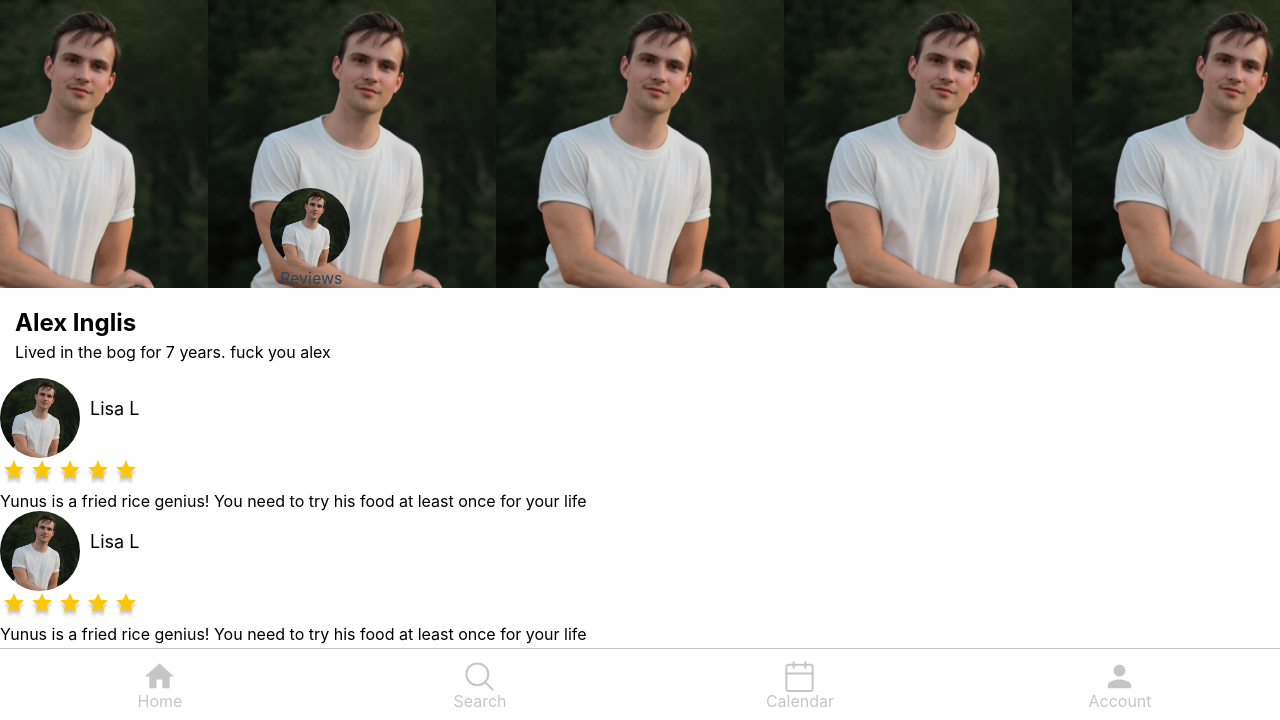
Repository: nguyenlejoe/HomeChef
Page: / (app in app/)
An editor plug-in stored every save of this project. The page is shown before and after the next save, followed by the edit.
The browser window is 1280 px wide. The pictures show the whole page.
The project was rebuilt for these pictures with package versions that can differ from the ones it lists, and the page was loaded fresh each time. Also part of the build but not shown: app/src/comps/MainButton/index.js.

Above is the page before, as saved 2020-11-07 14:36:08.

### app/src/App.js
import React from 'react';
//import logo from './logo.svg';
//import './App.css';
import Pages from './pages/ChefReview';

function App() {
  return (
    <Pages />
  );
}

export default App;

### app/src/pages/ChefReview.js
import React from 'react';
import './ChefReview.scss'
import NavBarGourmet from '../comps/NavBarGourmet';
import AvatarContainer from '../comps/Avatar';


export default function Home() {
  return<div className="app">
        <div className="CoverImage"></div>
        <div className="ChefDesc">
            <h2>Alex Inglis</h2>
            <p>Lived in the bog for 7 years. fuck you alex</p>
        </div>
        <div className="AvatarBox">
                <AvatarContainer></AvatarContainer>
                <a>Reviews</a>
        </div>
        <div className="ReviewList">
            <div className="ReviewCont">
                <div className="ReviewProfile"><AvatarContainer width='150px' height='150px'></AvatarContainer><a>Lisa L</a></div>
                <div className="rating">
                    <div className="stars"><img src='/star.png' /></div>
                    <div className="stars"><img src='/star.png' /></div>
                    <div className="stars"><img src='/star.png' /></div>
                    <div className="stars"><img src='/star.png' /></div>
                    <div className="stars"><img src='/star.png' /></div>
                </div>
                <div>Yunus is a fried rice genius! You need to try his food at least once for your life</div>
            </div>
            <div className="ReviewCont">
                <div className="ReviewProfile"><AvatarContainer width='150px' height='150px'></AvatarContainer><a>Lisa L</a></div>
                <div className="rating">
                    <div className="stars"><img src='/star.png' /></div>
                    <div className="stars"><img src='/star.png' /></div>
                    <div className="stars"><img src='/star.png' /></div>
                    <div className="stars"><img src='/star.png' /></div>
                    <div className="stars"><img src='/star.png' /></div>
                </div>
                <div>Yunus is a fried rice genius! You need to try his food at least once for your life</div>
            </div>

        </div>

        <div className="Nav">
          <NavBarGourmet
          bgimg = "/Search.png"
          title = "Search"
          btnState = {true}
          orderActive = {true}
          ></NavBarGourmet>
        </div>


    </div>

}

### app/src/pages/ChefReview.scss
.app{
    width: 100vw;
    height:100vh;
    overflow-x: hidden;
}

.CoverImage{
    height: 40%;
    background-image: url("/alex.jpg");
    background-position: center;
    background-size: contain;
}

.ChefDesc{

    width: 65%;
    margin: 15px;
    p{
        margin-top: -15px;
    }
}

.AvatarBox{
    height:0px;
    position: relative;
    z-index: 1;
    top: -190px;
    left: 270px;
    a{
        margin-left:10px;
        color: #2B445E;
    }
}


.ReviewProfile{
    display: flex;

    a{
        margin: 20px 0 0 10px;
        font-size: 18px;
    }
}

.ProfileAvatar{

}


.rating{
    display: flex;
}



.Nav{
    height: 10%;
    width: 100%;
    position: fixed;
    bottom: 0;
}

### app/src/comps/NavBarGourmet/index.js
import React, {useState} from 'react';
import styled, {css} from 'styled-components';
import Button from '../MainButton';

const NavContainer = styled.div`
display:flex;
height:100%;
width:100%;
background-color:#FFFFFF;
`;

const NavBox = styled.div`
justify-content:space-around;
display:flex;
align-items:center;
position:relative;
width:100%;
height:100%;
border-top: 1px solid #C6C6C6;


`;

const NavButton = styled.div`
    display:flex;
    align-items:center;
    flex-direction:column;
    margin:2px;
    width:15%;
    height:80%;
    text-align:center;

`;

const NavIcon = styled.div`
    margin-top:3px;
    margin-right:2px;
    width:55%;
    height:55%;
    background-size:contain;
    background-repeat: no-repeat;


`;

const NavLabel = styled.div`
    height:20px;
    width:100%;
    color:${props => props.ButtonActive};

`;






const NavBar = ({active, onClickHome, onClickSearch, onClickCalendar, onClickAccount}) => {

const [ButtonActiveVal,SetActive] = useState(active);

    return <NavContainer>
        <NavBox>

            <NavButton onClick={onClickHome}
            ButtonActive = {ButtonActiveVal === 1 ? "#24B574" : "#C6C6C6"}
            >
            <NavIcon>
                <svg width="35" height="35" viewBox="0 0 35 35" fill="none" xmlns="http://www.w3.org/2000/svg">
                    <path d="M14.5834 29.1667V20.4167H20.4167V29.1667H27.7084V17.5H32.0834L17.5001 4.375L2.91675 17.5H7.29175V29.1667H14.5834Z" fill={ButtonActiveVal === 1 ? "#24B574" : "#C6C6C6"}/>
                </svg>
            </NavIcon>
                <NavLabel ButtonActive={ButtonActiveVal === 1 ? "#24B574" : "#C6C6C6"}>Home</NavLabel>
            </NavButton>

            <NavButton
            onClick={onClickSearch}
            // onClick={()=>{
            //     SetActive(active);
            // }}
            ButtonActive = {ButtonActiveVal === 2 ? "#24B574" : "#C6C6C6"}
            >
                <NavIcon>
                    <svg width="35" height="35" viewBox="0 0 35 35" fill="none" xmlns="http://www.w3.org/2000/svg">
                        <path fill-rule="evenodd" clip-rule="evenodd" d="M15.3125 26.25C21.3531 26.25 26.25 21.3531 26.25 15.3125C26.25 9.27189 21.3531 4.375 15.3125 4.375C9.27189 4.375 4.375 9.27189 4.375 15.3125C4.375 21.3531 9.27189 26.25 15.3125 26.25Z" stroke={ButtonActiveVal === 2 ? "#24B574" : "#C6C6C6"} stroke-width="2" stroke-linecap="round" stroke-linejoin="round"/>
                        <path d="M30.625 30.625L23.0416 23.0417" stroke={ButtonActiveVal === 2 ? "#24B574" : "#C6C6C6"}stroke-width="2" stroke-linecap="round" stroke-linejoin="round"/>
                    </svg>
                </NavIcon>
                <NavLabel ButtonActive={ButtonActiveVal === 2 ? "#24B574" : "#C6C6C6"} >Search</NavLabel>
            </NavButton>

            <NavButton
            onClick={onClickCalendar}
            // onClick={()=>{
            //     SetActive(active);
            // }}
            ButtonActive = {ButtonActiveVal === 3 ? "#24B574" : "#C6C6C6"}
            >
                <NavIcon>
                    <svg width="35" height="35" viewBox="0 0 35 35" fill="none" xmlns="http://www.w3.org/2000/svg">
                        <path fill-rule="evenodd" clip-rule="evenodd" d="M4.375 7.83325C4.375 6.72868 5.27043 5.83325 6.375 5.83325H28.625C29.7296 5.83325 30.625 6.72868 30.625 7.83325V30.0833C30.625 31.1878 29.7296 32.0833 28.625 32.0833H6.375C5.27043 32.0833 4.375 31.1878 4.375 30.0833V7.83325Z" stroke={ButtonActiveVal === 3 ? "#24B574" : "#C6C6C6"} stroke-width="2" stroke-linecap="round" stroke-linejoin="round"/>
                        <path d="M23.3333 2.91675V8.75008" stroke={ButtonActiveVal === 3 ? "#24B574" : "#C6C6C6"} stroke-width="2" stroke-linecap="round" stroke-linejoin="round"/>
                        <path d="M11.6667 2.91675V8.75008" stroke={ButtonActiveVal === 3 ? "#24B574" : "#C6C6C6"} stroke-width="2" stroke-linecap="round" stroke-linejoin="round"/>
                        <path d="M4.375 14.5833H30.625" stroke={ButtonActiveVal === 3 ? "#24B574" : "#C6C6C6"} stroke-width="2" stroke-linecap="round" stroke-linejoin="round"/>
                    </svg>
                </NavIcon>
                <NavLabel ButtonActive={ButtonActiveVal === 3 ? "#24B574" : "#C6C6C6"}>Calendar</NavLabel>
            </NavButton>


            <NavButton
            onClick={onClickAccount}
            // onClick={()=>{
            //     SetActive(active);
            // }}
            ButtonActive = {ButtonActiveVal === 4 ? "#24B574" : "#C6C6C6"}
            >
                <NavIcon>
                    <svg width="35" height="35" viewBox="0 0 35 35" fill="none" xmlns="http://www.w3.org/2000/svg">
                        <path d="M17.4999 17.4999C20.7228 17.4999 23.3332 14.8895 23.3332 11.6666C23.3332 8.44367 20.7228 5.83325 17.4999 5.83325C14.277 5.83325 11.6666 8.44367 11.6666 11.6666C11.6666 14.8895 14.277 17.4999 17.4999 17.4999ZM17.4999 20.4166C13.6062 20.4166 5.83325 22.3708 5.83325 26.2499V29.1666H29.1666V26.2499C29.1666 22.3708 21.3937 20.4166 17.4999 20.4166Z" fill={ButtonActiveVal === 4 ? "#24B574" : "#C6C6C6"}/>
                    </svg>
                </NavIcon>
                <NavLabel ButtonActive={ButtonActiveVal === 4 ? "#24B574" : "#C6C6C6"}>Account</NavLabel>
            </NavButton>
        </NavBox>
    </NavContainer>

}

NavBar.defaultProps = {
    title: "label",
    bgimg: "/Home.png",
    orderNum: "0",
    ButtonActive:"black"

}

export default NavBar;

### app/src/comps/Avatar/index.js
import React from 'react';
import styled from 'styled-components';

const AvatarContainer = styled.div`
width:80px;
height:80px;
`;

const AvatarImg = styled.div`
min-width:100%;
min-height:100%;
background-image:url(${props=>props.bgimg ? props.bgimg : "none"});
background-size:cover;
border-radius:100px;

`;

const Avatar = ({bgimg}) =>{
    return <AvatarContainer>
        <AvatarImg bgimg={bgimg} ></AvatarImg>
    </AvatarContainer>
}

Avatar.defaultProps = {
    bgimg : "./alex.jpg",
}

export default Avatar;

Loaded but not shown: app/public/index.html (common file); app/src/index.js (common file); app/src/index.css (common file); app/src/serviceWorker.js (common file)

After the next save:
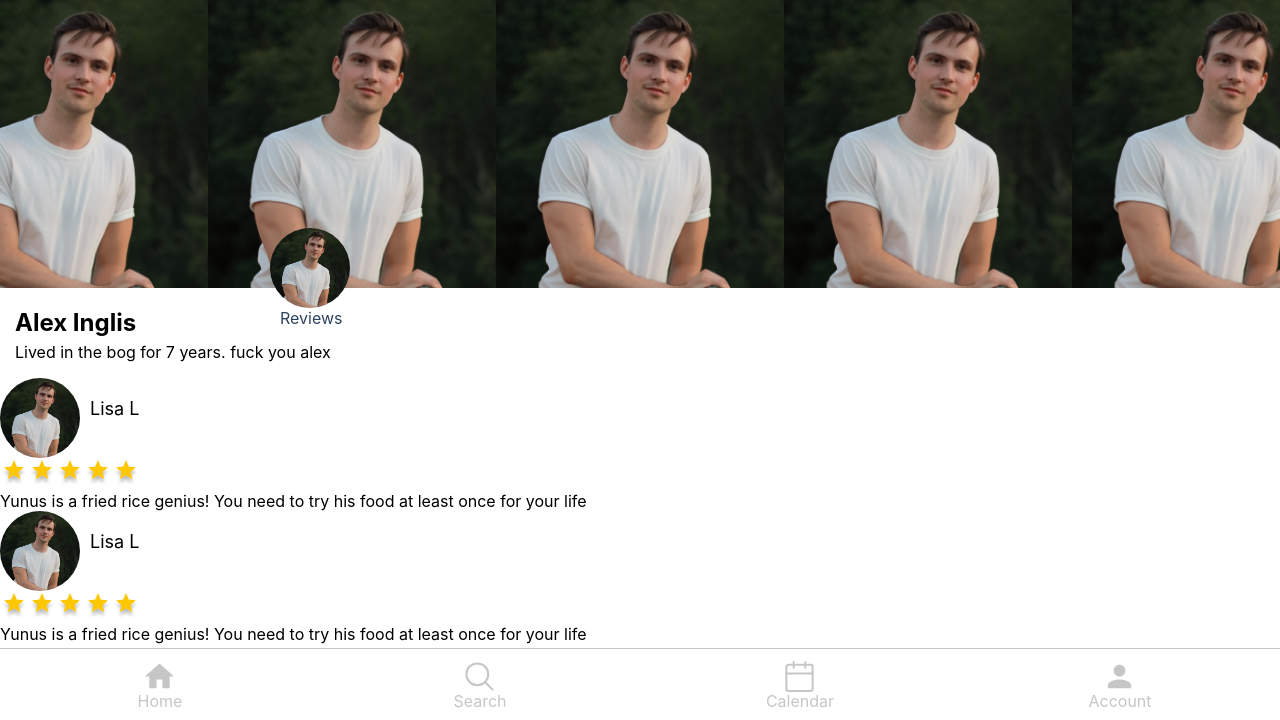
Saved 5 s later.
--- a/app/src/pages/ChefReview.scss
+++ b/app/src/pages/ChefReview.scss
@@ -24,7 +24,7 @@
     height:0px;
     position: relative;
     z-index: 1;
-    top: -190px;
+    top: -150px;
     left: 270px;
     a{
         margin-left:10px;
